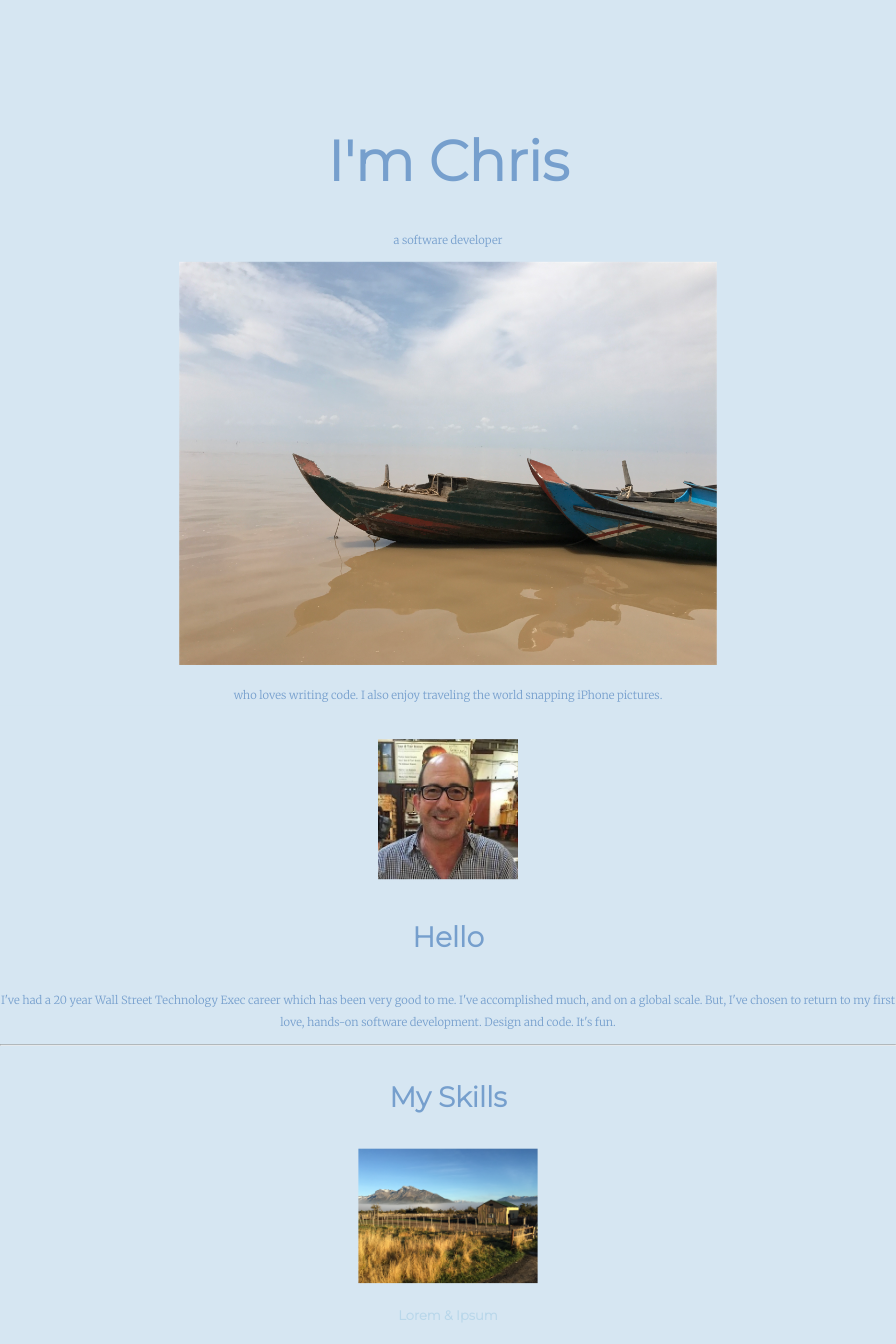
Repository: EpiTao-LLC/Personal_web_page
Page: index.html
An editor plug-in stored every save of this project. The page is shown before and after the next save, followed by the edit.
The browser window is 1280 px wide. The pictures show the part of the page from y = 0 to 1920 px (the page is 2687 px tall before and 2770 px after), at 70% of full size.

Above is the page before, as saved 2020-05-21 15:27:26.

After the next save:
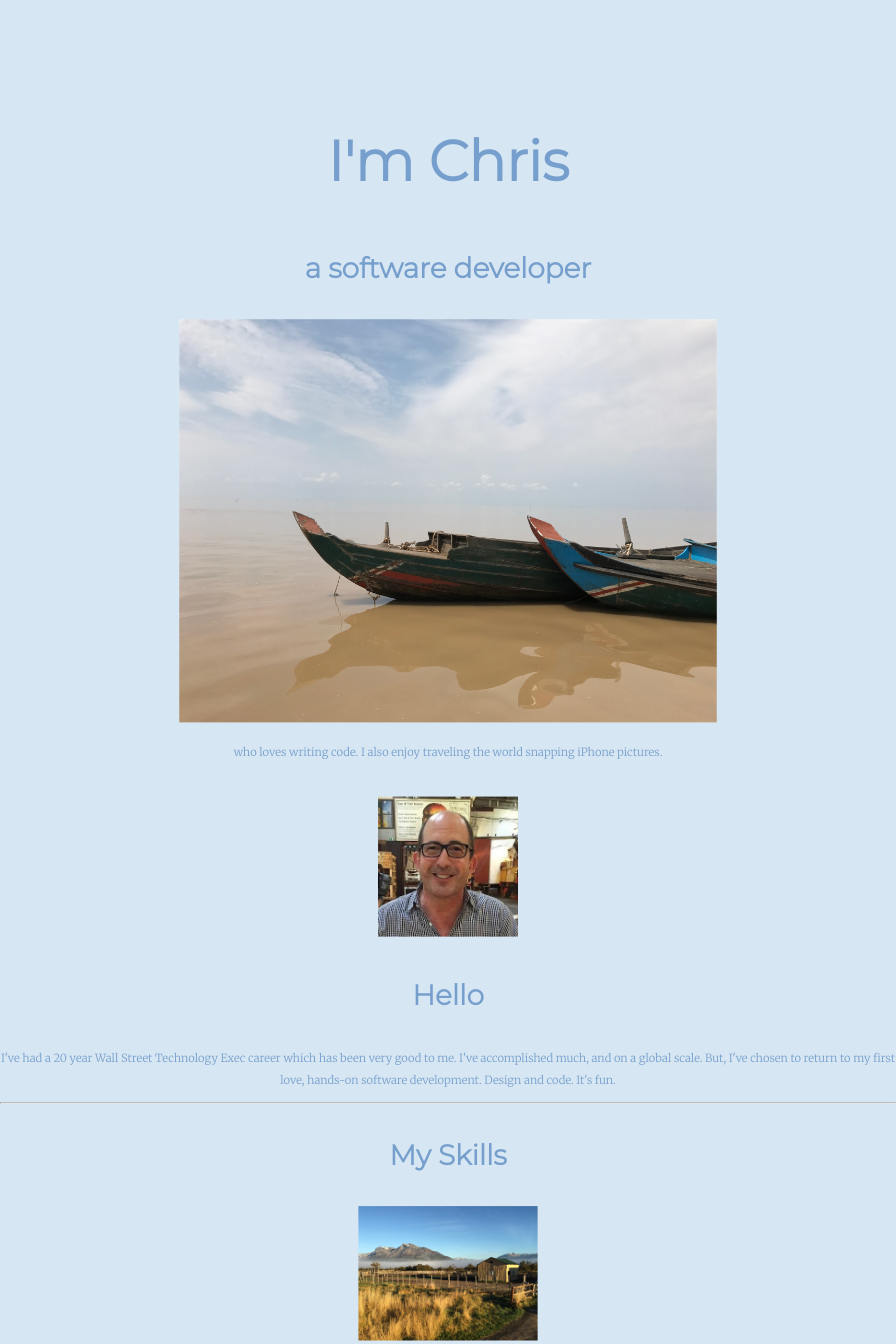
Saved 2 min 34 s later.
--- a/index.html
+++ b/index.html
@@ -20,7 +20,7 @@
      <img class="top_cloud" src="images/cloud.png" alt="cloud image">
 -->
         <h1>I'm Chris</h1>
-        <p>a software developer</p>
+        <h2>a software developer</h2>
 <!--
         <img class="bottom_cloud" src="images/cloud.png" alt="cloud image">
 -->
